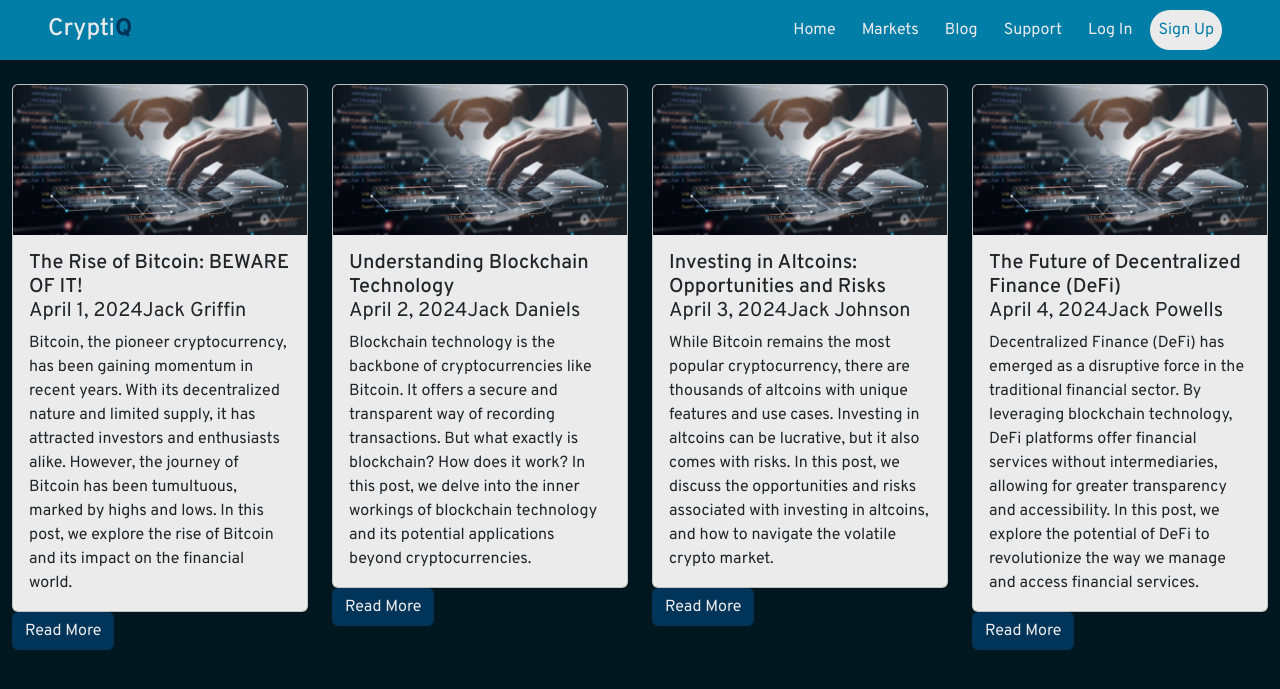
Repository: griffin1995/cryptocurrencyPlatform
Page: /Blog (app in client/)
These files come from the project's save history. The page is drawn as it stood at one moment and after a run of saves; the edit follows.
The browser window is 1280 px wide. The pictures show the whole page.
The project was rebuilt for these pictures with package versions that can differ from the ones it lists, and the page was loaded fresh each time. Also part of the build but not shown: client/src/context/AdminContext.js, client/src/components/CoinDetails.js, client/src/hooks/useAdminContext.js, client/src/components/SignUpUser.js, client/src/components/UserDetails.js, client/src/components/AdminControls.js, client/src/pages/Home.js, client/src/pages/Blog.scss and 16 more.

Above is the page before, as saved 2024-04-07 15:23:31.

### client/src/index.scss
@import url("https://fonts.googleapis.com/css2?family=Overpass:ital,wght@0,100..900;1,100..900&display=swap");

html{
  background-color: #00171f;
}

* {
  font-family: "Overpass", sans-serif;
  font-optical-sizing: auto;
  font-weight: normal;
  font-style: normal;
}

code {
  font-family: source-code-pro, Menlo, Monaco, Consolas, "Courier New",
    monospace;
}

hr {
  margin-top: 0.2rem !important;
  margin-bottom: 1rem !important;
  border: none !important;
  height: 4px; /* Adjust height as needed */
  background-color: #00a7e1 !important;
  &.active {
    background-color: #FFFFFF !important; /* Change color to your desired color */
  }
}

.link-unstyled, .link-unstyled:link {
  color: inherit;
  text-decoration: inherit;
  :hover{
    color:#00a7e1;
    transition: all 0.5s ease;
  }
}

/* width */
::-webkit-scrollbar {
  width: 10px;
}

/* Track */
::-webkit-scrollbar-track {
  background: #f1f1f1;
}

/* Handle */
::-webkit-scrollbar-thumb {
  background: #007ea7;
}

/* Handle on hover */
::-webkit-scrollbar-thumb:hover {
  background: #007ea7;
}

### client/src/reactCustom.scss
//Custom React SASS styling sheet for defining colours, importing Bootstrap SASS, styling React-Bootstrap Components
$primary: #003459;
$secondary: #007ea7;
$success: #00a7e1;
$dark: #00171f;
$light: #ebebeb;
$white: #ebebeb;

@import "~bootstrap/scss/bootstrap.scss";

### client/src/context/AuthenticationContext.js
// Import necessary hooks from React
import { createContext, useReducer, useEffect } from "react";

// Create a context for authentication data
export const AuthenticationContext = createContext();

// Reducer function for handling authentication actions
export const authenticationReducer = (state, action) => {
  switch (action.type) {
    case "LOGIN": // Case to handle user login
      return { user: action.payload }; // Set the user data when logged in
    case "LOGOUT": // Case to handle user logout
      return { user: null }; // Clear the user data when logged out
    default: // Default case to handle other actions
      return state; // Return the current state if no action is matched
  }
};

// Component to provide authentication context to child components
export const AuthenticationContextProvider = ({ children }) => {
  // Use the useReducer hook to manage state with the authenticationReducer
  const [state, dispatch] = useReducer(authenticationReducer, { user: null });
  //empty array cus we only check once, when load
  useEffect(() => {
    //stored as json string so we parse in to object
    const user = JSON.parse(localStorage.getItem("user"));

    if (user) {
      dispatch({ type: "LOGIN", payload: user });
    }
  }, []);

  // Log the current state for debugging purposes (consider removing in production)
  console.log("AuthenticationContext state: ", state);

  return (
    <AuthenticationContext.Provider value={{ ...state, dispatch }}>
      {children}
    </AuthenticationContext.Provider>
  );
};

### client/src/pages/Blog.js
import React, { useState, useEffect } from "react";
import "./Blog.scss";
import { Col, Row, Card, Button } from "react-bootstrap";
import image from "../media/place-holder.jpg";

export default function Blog() {
  const posts = [
    {
      id: 1,
      title: "The Rise of Bitcoin: BEWARE OF IT!",
      date: "April 1, 2024",
      author: "Jack Griffin",
      image: "got annoyed",
      content:
        "Bitcoin, the pioneer cryptocurrency, has been gaining momentum in recent years. With its decentralized nature and limited supply, it has attracted investors and enthusiasts alike. However, the journey of Bitcoin has been tumultuous, marked by highs and lows. In this post, we explore the rise of Bitcoin and its impact on the financial world.",
    },
    {
      id: 2,
      title: "Understanding Blockchain Technology",
      date: "April 2, 2024",
      author: "Jack Daniels",
      image: "got annoyed",
      content:
        "Blockchain technology is the backbone of cryptocurrencies like Bitcoin. It offers a secure and transparent way of recording transactions. But what exactly is blockchain? How does it work? In this post, we delve into the inner workings of blockchain technology and its potential applications beyond cryptocurrencies.",
    },
    {
      id: 3,
      title: "Investing in Altcoins: Opportunities and Risks",
      date: "April 3, 2024",
      author: "Jack Johnson",
      image: "got annoyed",
      content:
        "While Bitcoin remains the most popular cryptocurrency, there are thousands of altcoins with unique features and use cases. Investing in altcoins can be lucrative, but it also comes with risks. In this post, we discuss the opportunities and risks associated with investing in altcoins, and how to navigate the volatile crypto market.",
    },
    {
      id: 4,
      title: "The Future of Decentralized Finance (DeFi)",
      date: "April 4, 2024",
      author: "Jack Powells",
      image: "got annoyed",
      content:
        "Decentralized Finance (DeFi) has emerged as a disruptive force in the traditional financial sector. By leveraging blockchain technology, DeFi platforms offer financial services without intermediaries, allowing for greater transparency and accessibility. In this post, we explore the potential of DeFi to revolutionize the way we manage and access financial services.",
    },
  ];
  return (
    <Row className="mt-4">
      {posts.length === 0 ? (
        <p className="error-message">No posts to display</p>
      ) : (
        <>
          {posts.map((post) => (
            <Col sm={3} key={post.id}>
              <Card>
                <Card.Img variant="top" src={image} />
                <Card.Body>
                  <Card.Title>
                    {post.title}
                    <div className="post-info">
                      <span className="date-author">{post.date}</span>
                      <span className="date-author author-name">
                        {post.author}
                      </span>
                    </div>
                  </Card.Title>
                  <Card.Text className="post-description">
                    {post.content}
                  </Card.Text>
                </Card.Body>
              </Card>
              <Button variant="primary">Read More</Button>
            </Col>
          ))}
        </>
      )}
    </Row>
  );
}

### client/src/components/NavigationBar.js
//Navbar component for the application.
//Provides a top-level navigation element, allowing users to navigate through the app without full page reloads.
import { Row, Container, Navbar, Nav, Button } from "react-bootstrap";
import { Link } from "react-router-dom";
import "./NavigationBar.scss";
import { useAuthenticationContext } from "../hooks/useAuthenticationContext";
import { useLogout } from "../hooks/useLogout";

export default function NavigationBar() {
  const { user } = useAuthenticationContext();
  const { logout } = useLogout();
  const handleClick = () => {
    logout();
  };
  return (
    <Row>
      <Navbar expand="lg" className="navbar-dark bg-secondary">
        <Container fluid className="px-5">
          <Navbar.Brand as={Link} to="/">
            <span className="h4">
              Crypti<span className="text-primary fw-bold">Q</span>
            </span>
          </Navbar.Brand>
          <Navbar.Toggle aria-controls="basic-navbar-nav" />
          <Navbar.Collapse id="basic-navbar-nav">
            <Nav className="justify-content-end flex-grow-1">
              {/* Display the user's email if logged in */}
              {user && (
                <>
                  <Nav.Link disabled className="text-light">
                    {user.email}
                  </Nav.Link>
                  <Nav.Link>
                    Account
                  </Nav.Link>
                  <Nav.Link>
                    Wallets
                  </Nav.Link>
                </>
              )}
              <Nav.Link as={Link} to="/">
                Home
              </Nav.Link>
              <Nav.Link as={Link} to="/Markets">
                Markets
              </Nav.Link>
              <Nav.Link as={Link} to="/Blog">
                Blog
              </Nav.Link>
              <Nav.Link as={Link} to="/Support">
                Support
              </Nav.Link>
              {/* Show sign up and login links only if user is not logged in */}
              {!user && (
                <>
                  <Nav.Link as={Link} to="/login">
                    Log In
                  </Nav.Link>
                  <Nav.Link as={Link} to="/signup" className="sign-up-btn">
                    Sign Up
                  </Nav.Link>
                </>
              )}
              {/* Logout button visible only if user is logged in */}
              {user && (
                <Button type="submit" onClick={handleClick}>
                  Log Out
                </Button>
              )}
            </Nav>
          </Navbar.Collapse>
        </Container>
      </Navbar>
    </Row>
  );
}

### client/src/components/NavigationBar.scss
.navbar {
  padding: 10px 0;
}

.navbar-brand img {
  height: auto;
  max-height: 40px;
}

.nav-link {
  margin-right: 10px;
  color: #ebebeb;
}

.sign-up-btn {
  background-color: #ebebeb;
  border-radius: 25px;
  color: #007EA7;
  &:hover {
    background-color: #003459;
    color: white;
  }
}

### client/src/hooks/useAuthenticationContext.js
// Import useContext hook from React for consuming context in functional components
import { useContext } from "react";
// Import AuthenticationContext to access the admin-related context for the application
import { AuthenticationContext } from "../context/AuthenticationContext";
/**
 * Custom hook to access the AuthenticationContext within the component tree.
 *
 * This hook abstracts the useContext hook for AuthenticationContext, providing a convenient way
 * to access admin-related data (state and dispatch function) throughout the application.
 * It ensures the component using this hook is wrapped in an AuthenticationContextProvider by checking
 * the existence of the context and throwing an error if it's not available, promoting proper usage.
 *
 * @returns {Object} The current context value for AuthenticationContext, which includes the state and dispatch function.
 * @throws {Error} Throws an error if the hook is used outside of an AuthenticationContextProvider.
 */
export const useAuthenticationContext = () => {
  // Use the useContext hook to access the current context value for AuthenticationContext
  const context = useContext(AuthenticationContext);

  // Check if the context is undefined, indicating misuse outside of an AuthenticationContextProvider
  if (!context) {
    throw Error("useAuthenticationContext must be used within an AuthenticationContextProvider. Ensure your component is wrapped in an <AuthenticationContextProvider> to provide the necessary context.");
  }

  // Return the context value, making it accessible to the component
  return context;
};

### client/src/hooks/useLogout.js
// Import the useAuthenticationContext hook for accessing authentication state management.
import { useAuthenticationContext } from "./useAuthenticationContext";

/**
 * Custom hook for handling user logout.
 * Provides a logout function that can be used by components to log users out.
 * @returns {object} Object containing the logout function.
 */
export const useLogout = () => {
  // Extract dispatch from the authentication context.
  const { dispatch } = useAuthenticationContext();

  /**
   * Logs out the user by clearing session data and updating state.
   */
  const logout = () => {
    // Remove user data from local storage to clear the current session.
    localStorage.removeItem("user");

    // Dispatch the 'LOGOUT' action to update the global authentication state.
    dispatch({ type: "LOGOUT" });
  };

  // Return the logout function for use in components.
  return { logout };
};

Loaded but not shown: client/public/index.html (common file); client/src/index.js (common file); client/src/App.js (common file)

After the next 2 saves:
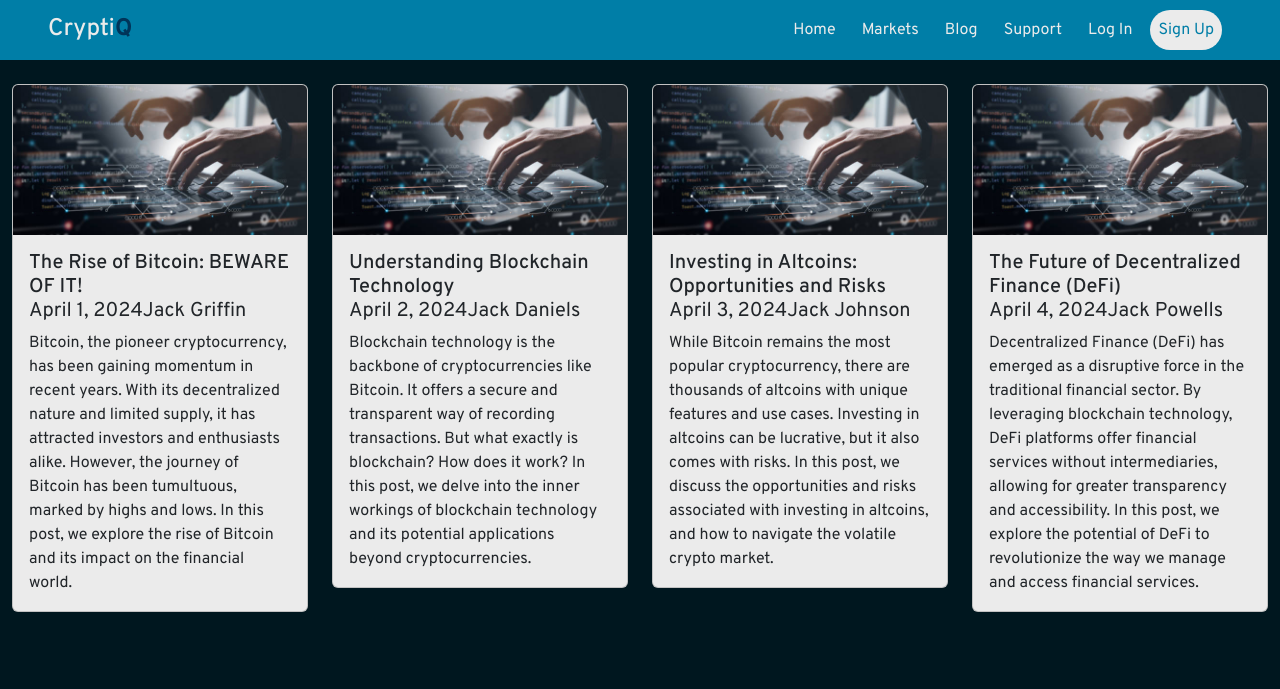
The 2 saves are shown as one change because 1 did not build or start.
The last was saved 16 s later.
--- a/client/src/pages/Blog.js
+++ b/client/src/pages/Blog.js
@@ -67,7 +67,6 @@ export default function Blog() {
                   </Card.Text>
                 </Card.Body>
               </Card>
-              <Button variant="primary">Read More</Button>
             </Col>
           ))}
         </>
